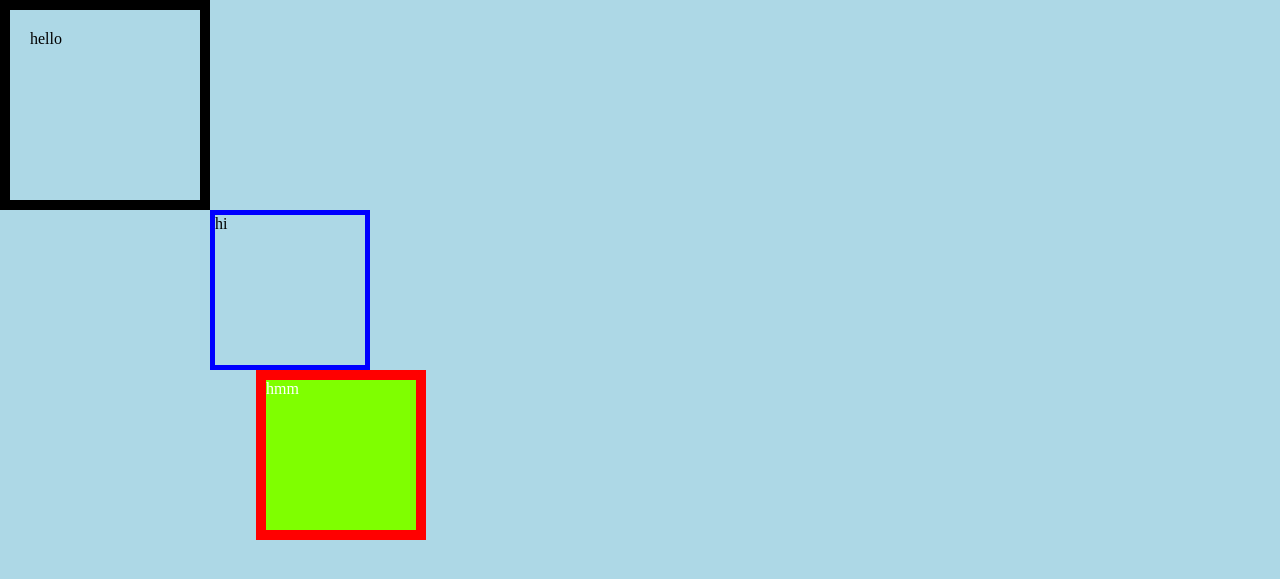
Repository: Sushant203/myPersonalSite
Page: index.html
These files come from the project's save history. The page is drawn as it stood at one moment and after the next save; the edit follows.
The browser window is 1280 px wide. The pictures show the whole page.

Above is the page before, as saved 2022-12-04 18:18:59.

### index.html
<!DOCTYPE html>
<html lang="en">

<head>
    <meta charset="UTF-8">
    <meta http-equiv="X-UA-Compatible" content="IE=edge">
    <meta name="viewport" content="width=device-width, initial-scale=1.0">
    <title>Document</title>
    <link rel="stylesheet" href="\css\style.css">
    <link rel="favicon" href="favicon.ico">
</head>

<body>

<div class="box-1">
    hello
</div>
<div class="box-2">
    hi
</div>
<div class="box-3">
    hmm
</div>
</body>

</html>

### css/style.css
body{
    background-color: lightblue;
    margin: 0;
}

.box-1{
    border: 10px solid black;
    padding: 20px;
    height: 150px;
    width: 150px;
}

.box-2{
    border: 5px solid blue;
    height: 150px;
    width: 150px;
    margin-left: 210px;
}


.box-3{
    border: 10px solid red;
    background-color: chartreuse;
    color: white;
    height: 150px;
    width: 150px;
    margin-left: 20%;
}

After the next save:
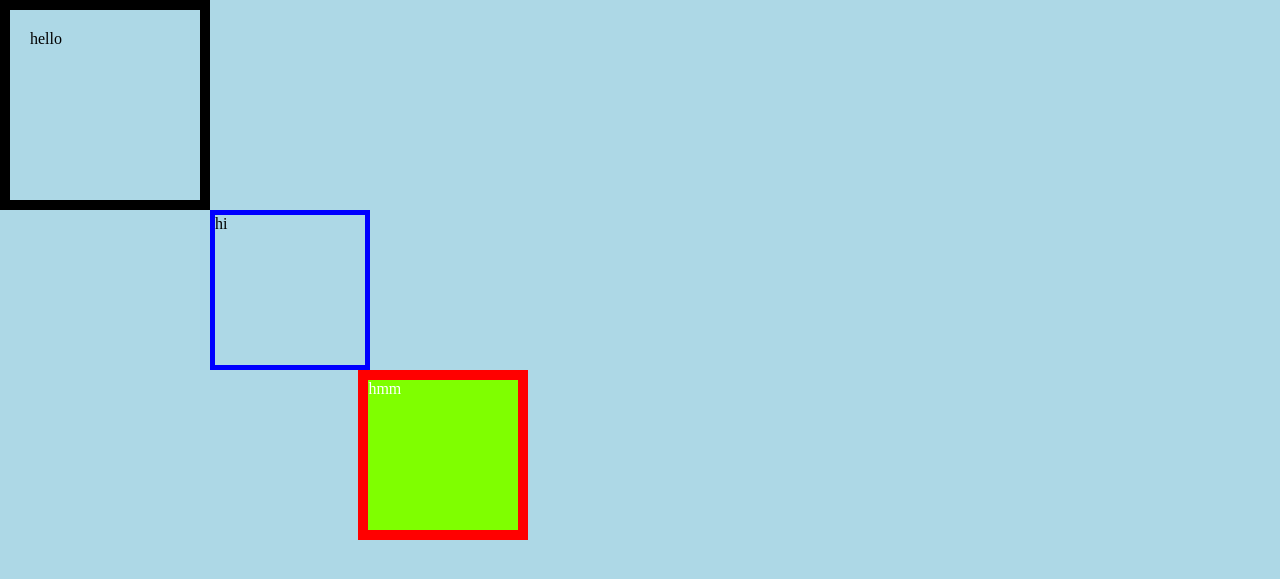
Saved 5 s later.
--- a/css/style.css
+++ b/css/style.css
@@ -24,5 +24,5 @@
     color: white;
     height: 150px;
     width: 150px;
-    margin-left: 20%;
+    margin-left: 28%;
 }
